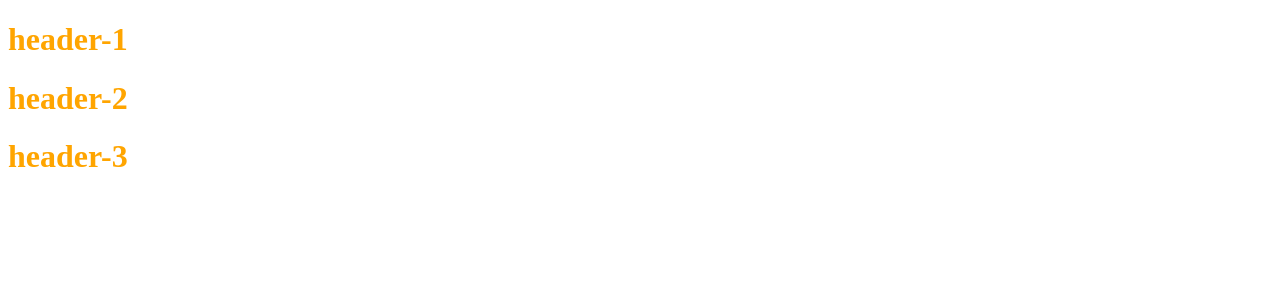
Repository: Junhee1412/front_end_practice
Page: jquery, bootstrap/js01_jquery/public/js03_selector.html
An editor plug-in stored every save of this project. The page is shown before and after the next save, followed by the edit.
The browser window is 1280 px wide. The pictures show the whole page.

Above is the page before, as saved 2022-11-14 04:13:05.

After the next save:
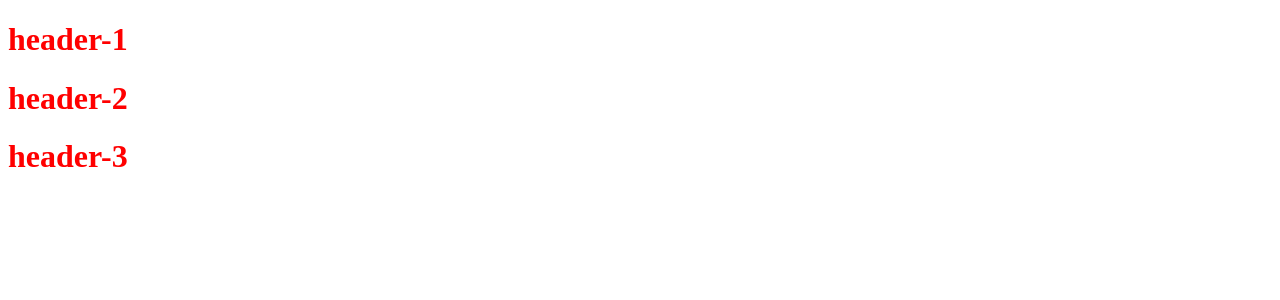
Saved 29 s later.
--- a/jquery, bootstrap/js01_jquery/public/js03_selector.html
+++ b/jquery, bootstrap/js01_jquery/public/js03_selector.html
@@ -9,7 +9,7 @@
 	<script>
 		$(function() {
 			$('.item').css('color', 'orange');
-
+			$('h1.item').css('color', 'red');
 		});
 	</script>
 </head>
